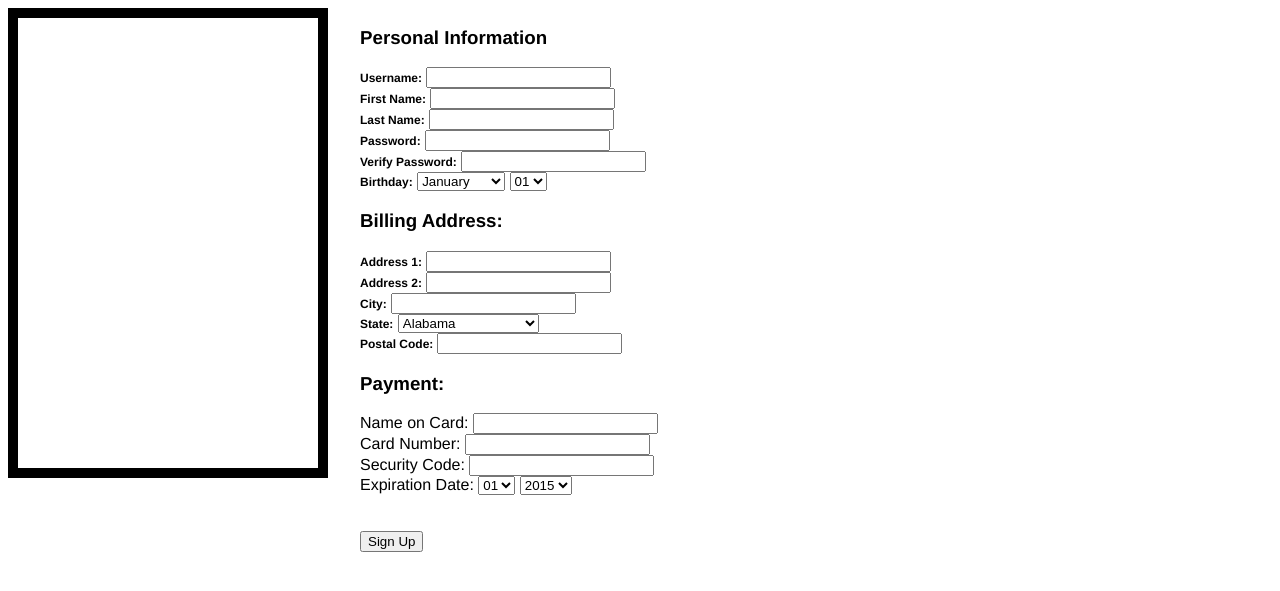
Repository: kesquili/kesquili.github.io
Page: fitin/signup.html
The author's editor kept a record of every edit. The page is drawn from the files as they stood at one moment, then again after the next edit.
The browser window is 1280 px wide. The pictures show the whole page.

Above is the page before.

### fitin/signup.html
<html>
  <head>
  <title>Fitin: A Men's Styling Brand</title>
  <link rel="stylesheet" href="styles.css">
  </head>
<body>
     <div class="sideimage">
     </div>
     <div class="signup">
         <form action="action_page.php">
            <h3>Personal Information</h3>
            <h6>Username:</h6>
            <input type="text" name="username">
            <br>
            <h6>First Name:</h6>
            <input type="text" name="firstname">
            <br>
            <h6>Last Name:</h6>
            <input type="text" name="lastname">
            <br>
            <h6>Password:</h6>
            <input type="text" name="password">
            <br>
            <h6>Verify Password:</h6>
            <input type="text" name="password">
            <br>
            <h6>Birthday:</h6>
            <select name="month" id="month" onchange="" size="1">
                <option value="01">January</option>
                <option value="02">February</option>
                <option value="03">March</option>
                <option value="04">April</option>
                <option value="05">May</option>
                <option value="06">June</option>
                <option value="07">July</option>
                <option value="08">August</option>
                <option value="09">September</option>
                <option value="10">October</option>
                <option value="11">November</option>
                <option value="12">December</option>
            </select>
            <select name="day" id="day" onchange="" size="1">
                <option value="01">01</option>
                <option value="02">02</option>
                <option value="03">03</option>
                <option value="04">04</option>
                <option value="05">05</option>
                <option value="06">06</option>
                <option value="07">07</option>
                <option value="08">08</option>
                <option value="09">09</option>
                <option value="10">10</option>
                <option value="11">11</option>
                <option value="12">12</option>
                <option value="13">13</option>
                <option value="14">14</option>
                <option value="15">15</option>
                <option value="16">16</option>
                <option value="17">17</option>
                <option value="18">18</option>
                <option value="19">19</option>
                <option value="20">20</option>
                <option value="21">21</option>
                <option value="22">22</option>
                <option value="23">23</option>
                <option value="24">24</option>
                <option value="25">25</option>
                <option value="26">26</option>
                <option value="27">27</option>
                <option value="28">28</option>
                <option value="29">29</option>
                <option value="30">30</option>
                <option value="31">31</option>
            </select>
            <br>
            <h3>Billing Address:</h3>
            <h6>Address 1:</h6>
            <input type="text" name="address1">
             <br>
            <h6>Address 2:</h6>
            <input type="text" name="address2">
             <br>
            <h6>City:</h6>
            <input type="text" name="city">
             <br>
            <h6>State:</h6>
            <select>
            	<option value="AL">Alabama</option>
            	<option value="AK">Alaska</option>
            	<option value="AZ">Arizona</option>
            	<option value="AR">Arkansas</option>
            	<option value="CA">California</option>
            	<option value="CO">Colorado</option>
            	<option value="CT">Connecticut</option>
            	<option value="DE">Delaware</option>
            	<option value="DC">District Of Columbia</option>
            	<option value="FL">Florida</option>
            	<option value="GA">Georgia</option>
            	<option value="HI">Hawaii</option>
            	<option value="ID">Idaho</option>
            	<option value="IL">Illinois</option>
            	<option value="IN">Indiana</option>
            	<option value="IA">Iowa</option>
            	<option value="KS">Kansas</option>
            	<option value="KY">Kentucky</option>
            	<option value="LA">Louisiana</option>
            	<option value="ME">Maine</option>
            	<option value="MD">Maryland</option>
            	<option value="MA">Massachusetts</option>
            	<option value="MI">Michigan</option>
            	<option value="MN">Minnesota</option>
            	<option value="MS">Mississippi</option>
            	<option value="MO">Missouri</option>
            	<option value="MT">Montana</option>
            	<option value="NE">Nebraska</option>
            	<option value="NV">Nevada</option>
            	<option value="NH">New Hampshire</option>
            	<option value="NJ">New Jersey</option>
            	<option value="NM">New Mexico</option>
            	<option value="NY">New York</option>
            	<option value="NC">North Carolina</option>
            	<option value="ND">North Dakota</option>
            	<option value="OH">Ohio</option>
            	<option value="OK">Oklahoma</option>
            	<option value="OR">Oregon</option>
            	<option value="PA">Pennsylvania</option>
            	<option value="RI">Rhode Island</option>
            	<option value="SC">South Carolina</option>
            	<option value="SD">South Dakota</option>
            	<option value="TN">Tennessee</option>
            	<option value="TX">Texas</option>
            	<option value="UT">Utah</option>
            	<option value="VT">Vermont</option>
            	<option value="VA">Virginia</option>
            	<option value="WA">Washington</option>
            	<option value="WV">West Virginia</option>
            	<option value="WI">Wisconsin</option>
            	<option value="WY">Wyoming</option>
            </select>
            <br>
            <h6>Postal Code:
            <input type="text" name="postalcode">
            <h3>Payment:</h3>
            Name on Card:
            <input type="text" name="cardname">
            <br>
            Card Number:
            <input type="text" name="cardnumber">
            <br>
            Security Code:
            <input type="text" name="cardnumber">
            <br>
            Expiration Date:
            <select name="month" id="month" onchange="" size="1">
                <option value="01">01</option>
                <option value="02">02</option>
                <option value="03">03</option>
                <option value="04">04</option>
                <option value="05">05</option>
                <option value="06">06</option>
                <option value="07">07</option>
                <option value="08">08</option>
                <option value="09">09</option>
                <option value="10">10</option>
                <option value="11">11</option>
                <option value="12">12</option>
            </select>
              <select name="year" id="year" onchange="" size="1">
                <option value="2015">2015</option>
                <option value="2016">2016</option>
                <option value="2017">2017</option>
                <option value="2018">2018</option>
                <option value="2019">2019</option>
                <option value="2020">2020</option>
                <option value="2021">2021</option>
                <option value="2022">2022</option>
                <option value="2023">2023</option>
                <option value="2024">2024</option>
            </select>
            <br>
            <br><br>
            <input type="submit" value="Sign Up">


            </form>
     </div>

### fitin/styles.css
body {
font: 14px;
font-family: Helvetica, sans-serif;
}

.results h4{
    border: 5px;
    border-color: black;
    border-style: solid;
    margin:30px;
    width: 200px;
    height: 300px;
    float: left;
}

.breakdown h4{
    border: 5px;
    border-color: black;
    border-style: solid;
    margin:30px;
    width: 100px;
    height: 200px;
    float: left;
    position: relative;
}

.sideimage {
    border: 10px solid black;
    width: 300px;
    height: 450px;
    float: left;
    margin-right: 12px;
}
.signup{
    margin-left: 20px;
    float: left;

}
.sell{
    max-width: 500px;
    display: inline;
    position: relative;
}
h6{
    font-size: 12px;
    font-family: Helvetica, sans-serif;
    padding: 0;
    display: inline;
    text-align: right;
}
nav{
    text-align: center;
    position: relative;
}
ul {
    list-style: none;
    padding: 0px;
    margin: 0px;
}

ul li {
    display: block;
    position: relative;
    float: left;
    border: 1px solid #000
}

li ul {
    display: none;
}

ul li a {
    display: block;
    background: #000;
    padding: 5px 10px 5px 10px;
    text-decoration: none;
    white-space: nowrap;color: #fff;
}

ul li a:hover {
    background: gray;
}

li:hover ul {
    display: block;
    position: absolute;
}

li:hover li {
    float: none;
}

li:hover a {
    background: gray;
}

li:hover li a:hover {
    background: #000;
}

nav li ul li {
      border-top: 0px;
  }

After the next edit:
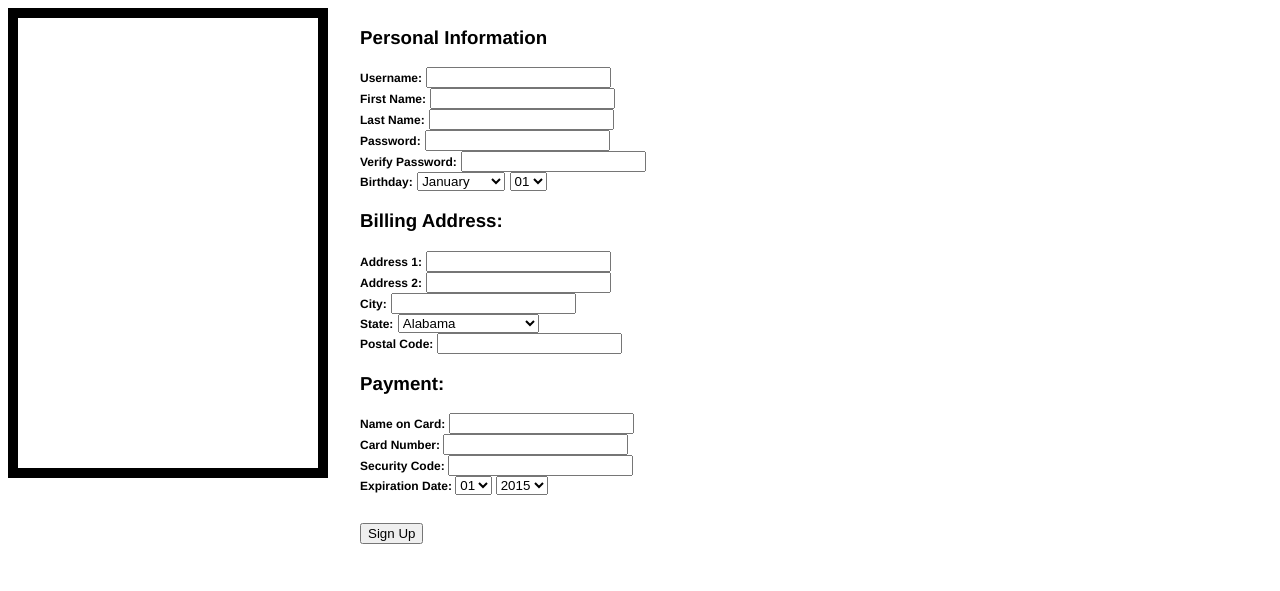
The edit:
--- a/fitin/signup.html
+++ b/fitin/signup.html
@@ -141,7 +141,7 @@
             <h6>Postal Code:
             <input type="text" name="postalcode">
             <h3>Payment:</h3>
-            Name on Card:
+           <h6> Name on Card:
             <input type="text" name="cardname">
             <br>
             Card Number:
